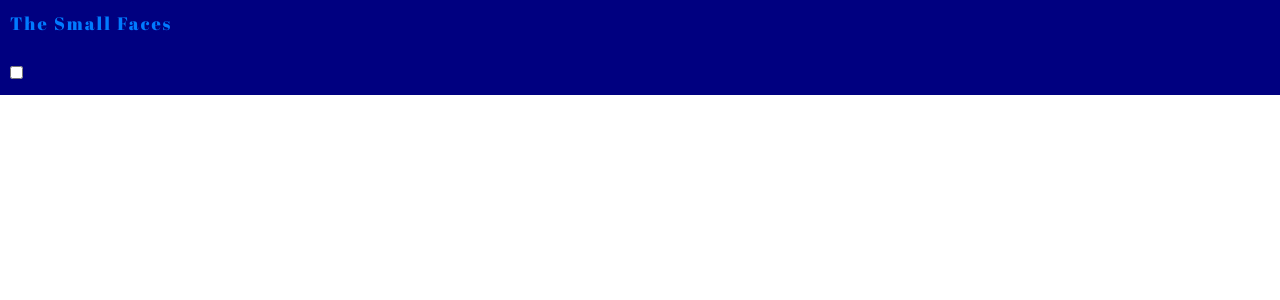
Repository: akshatnitd/User-Centric-FrontEnd-Milestone-Project
Page: index.html
The author's editor kept a record of every edit. The page is drawn from the files as they stood at one moment, then again after the next edit.
The browser window is 1280 px wide. The pictures show the whole page.

Above is the page before.

### index.html
<!DOCTYPE html>
<html lang="en">
<head>
    <meta charset="UTF-8">
    <meta name="viewport" content="width=device-width, initial-scale=1, shrink-to-fit=no">
    <meta http-equiv="X-UA-Compatible" content="ie=edge">
    <link href="https://fonts.googleapis.com/css?family=Abril+Fatface" rel="stylesheet">
	<link href="https://fonts.googleapis.com/css?family=Roboto" rel="stylesheet">
	<link href="https://fonts.googleapis.com/css?family=Fjalla+One&display=swap" rel="stylesheet">
	<link rel="stylesheet" href="https://stackpath.bootstrapcdn.com/bootstrap/4.4.1/css/bootstrap.min.css" integrity="sha384-Vkoo8x4CGsO3+Hhxv8T/Q5PaXtkKtu6ug5TOeNV6gBiFeWPGFN9MuhOf23Q9Ifjh" crossorigin="anonymous">
	<link href="assets/css/style.css" rel="stylesheet" type="text/css">
    <title>Document</title>
</head>
<body>
    <header>
        <div class="container-fluid">
            <div class="nav-header">
                <div class="nav-title">
                    <a href="index.html">The Small Faces</a>
                </div>
            </div>
            <div class="nav-btn">
				<label for="nav-check"><span></span><span></span> <span></span></label>
			</div>
			<input id="nav-check" type="checkbox">
        </div>
    </header>
    <section>

    </section>
    <footer>

    </footer>

</body>
</html>

### assets/css/style.css

/*............................................Heading*/
.container-fluid{
	background-color: #000080;
	position: relative;
	letter-spacing: 2px;
	padding: 10px 10px 10px 10px;
}

.nav-title {
	display: inline-block;
	font-size: 18px;
	font-family: 'Abril Fatface', cursive;
	color: #fff;

}

.nav-links {
	display: inline-block;
	float: right;
	font-size: 18px;
	font-family: 'Abril Fatface', cursive;
}

.nav-links>a {
	display: inline-block;
	text-decoration: none;

}

After the next edit:
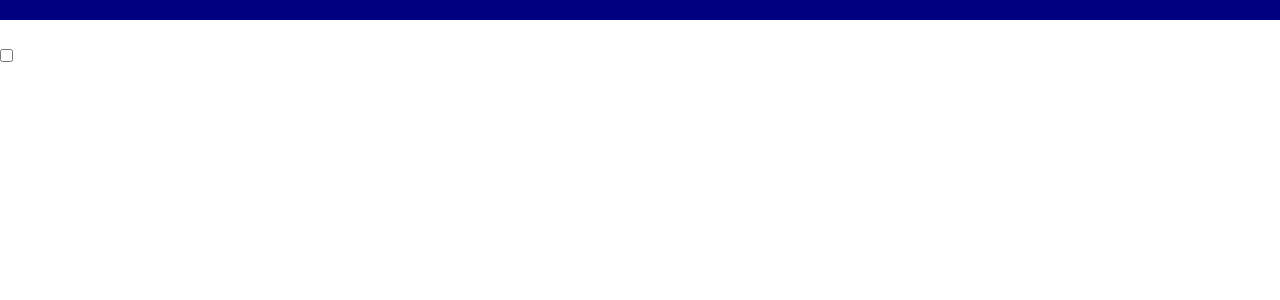
The edit:
--- a/index.html
+++ b/index.html
@@ -14,9 +14,8 @@
 <body>
     <header>
         <div class="container-fluid">
-            <div class="nav-header">
-                <div class="nav-title">
-                    <a href="index.html">The Small Faces</a>
+
+
                 </div>
             </div>
             <div class="nav-btn">
